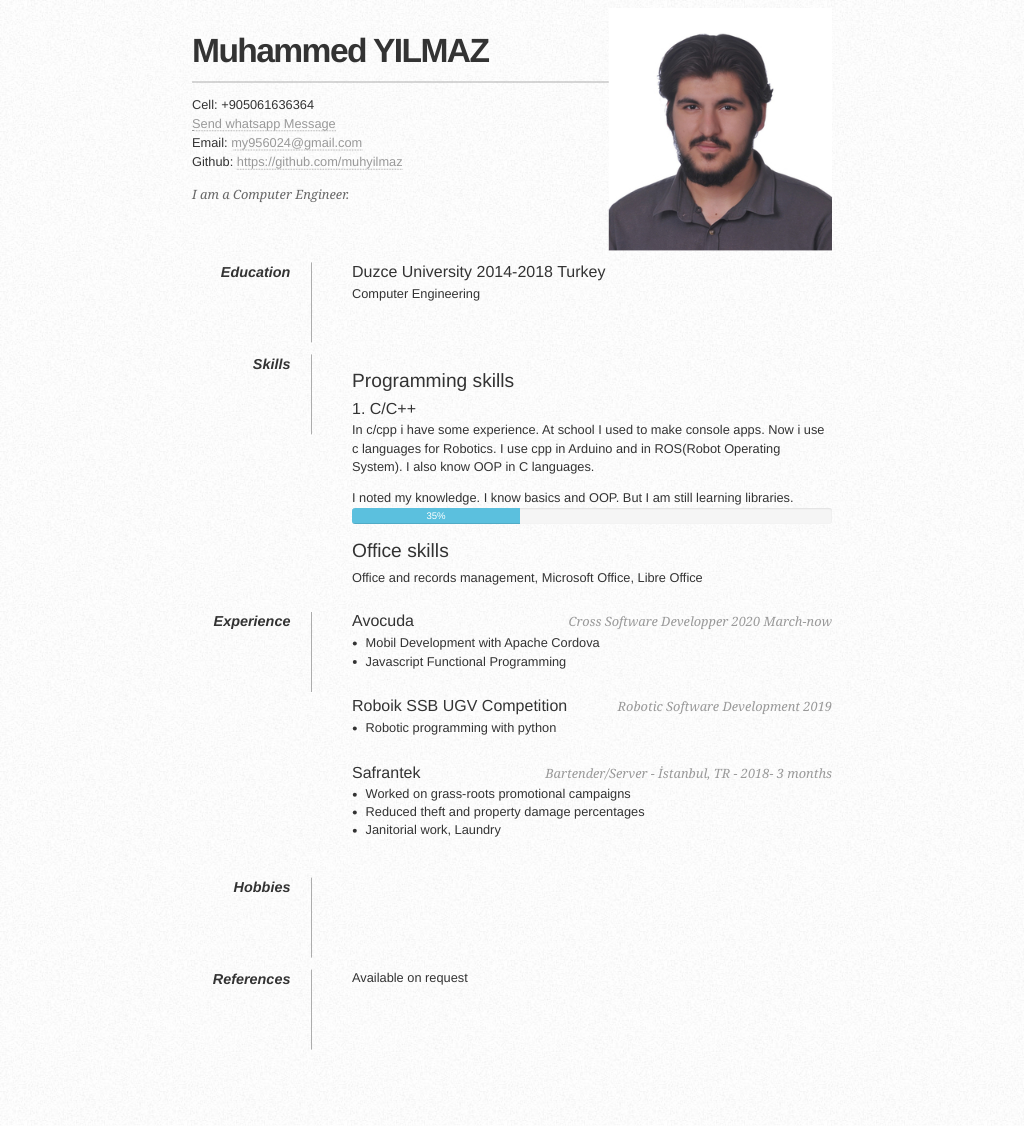
Repository: muhyilmaz/muhyilmaz.github.io
Page: index.html
An editor plug-in stored every save of this project. The page is shown before and after the next save, followed by the edit.
The browser window is 1280 px wide. The pictures show the whole page, at 80% of full size.

Above is the page before, as saved 2020-06-08 18:34:33.

### index.html
<!DOCTYPE html PUBLIC "-//W3C//DTD XHTML 1.0 Strict//EN"
"http://www.w3.org/TR/xhtml1/DTD/xhtml1-strict.dtd">

<html xmlns="http://www.w3.org/1999/xhtml" xml:lang="en" lang="en">

<head>

     <meta http-equiv="Content-Type" content="text/html; charset=utf-8"/>
     <meta name="viewport" content="width=device-width, initial-scale=1">
     <link rel="stylesheet" href="https://maxcdn.bootstrapcdn.com/bootstrap/3.4.1/css/bootstrap.min.css">
     <script src="https://ajax.googleapis.com/ajax/libs/jquery/3.5.1/jquery.min.js"></script>
     <script src="https://maxcdn.bootstrapcdn.com/bootstrap/3.4.1/js/bootstrap.min.js"></script>

     <title>MUHAMMED YILMAZ</title>

     <style type="text/css">
        * { margin: 0; padding: 0; }
        body { font: 16px Helvetica, Sans-Serif; line-height: 24px; background: url(images/noise.jpg); }
        .clear { clear: both; }
        #page-wrap { width: 800px; margin: 40px auto 60px; }
        #pic { float: right; margin: -30px 0 0 0; }
        h1 { margin: 0 0 16px 0; padding: 0 0 16px 0; font-size: 42px; font-weight: bold; letter-spacing: -2px; border-bottom: 1px solid #999; }
        h2 { font-size: 20px; margin: 0 0 6px 0; position: relative; }
        h2 span { position: absolute; bottom: 0; right: 0; font-style: italic; font-family: Georgia, Serif; font-size: 16px; color: #999; font-weight: normal; }
        p { margin: 0 0 16px 0; }
        a { color: #999; text-decoration: none; border-bottom: 1px dotted #999; }
        a:hover { border-bottom-style: solid; color: black; }
        ul { margin: 0 0 32px 17px; }
        #objective { width: 500px; float: left; }
        #objective p { font-family: Georgia, Serif; font-style: italic; color: #666; }
        dt { font-style: italic; font-weight: bold; font-size: 18px; text-align: right; padding: 0 26px 0 0; width: 150px; float: left; height: 100px; border-right: 1px solid #999;  }
        dd { width: 600px; float: right; }
        dd.clear { float: none; margin: 0; height: 15px; }
     </style>
</head>

<body>

    <div id="page-wrap">

        <img src="images/profileres.jpg" alt="Photo of Cthulu" id="pic" />

        <div id="contact-info" class="vcard">

            <!-- Microformats! -->

            <h1 class="fn">Muhammed YILMAZ</h1>

            <p>
                Cell: <span class="tel">+905061636364</span><br />
                <a href="https://api.whatsapp.com/send?phone=905061636364">Send whatsapp Message</a><br />
                Email: <a class="email" href="mailto:my956024@gmail.com">my956024@gmail.com</a><br />
                Github: <a href="https://github.com/muhyilmaz">https://github.com/muhyilmaz</a>
            </p>
        </div>

        <div id="objective">
            <p>
                I am a Computer Engineer.
            </p>
        </div>

        <div class="clear"></div>

        <dl>
            <dd class="clear"></dd>

            <dt>Education</dt>
            <dd>
                <h2>Duzce University 2014-2018 Turkey</h2>
                <p> Computer Engineering </br>

				</p>
            </dd>

            <dd class="clear"></dd>

            <dt>Skills</dt>
            <dd>
                <!---
				<h2>Office skills</h2>
                <p>Office and records management, database administration, event organization, customer support, travel coordination</p>

                <h2>Computer skills</h2>
                <p>Microsoft productivity software (Word, Excel, etc), Adobe Creative Suite, Windows</p>
				-->
				<h3>Programming skills</h3>
				<h2>1. C/C++</h2>
                <p>In c/cpp i have some experience. At school I used to make console apps. Now i use c languages for Robotics. I use cpp in Arduino and in ROS(Robot Operating System). I also know OOP in C languages. </p>
                I noted my knowledge. I know basics and OOP. But I am still learning libraries.
                <div class="progress">
                    <div class="progress-bar progress-bar-info" role="progressbar" aria-valuenow="60" aria-valuemin="0" aria-valuemax="100" style="width:35%">
                        35%
                    </div>
                  </div>
				<h3>Office skills</h3>
                <p>Office and records management, Microsoft Office, Libre Office</p>
			</dd>

            <dd class="clear"></dd>

            <dt>Experience</dt>
            <dd>
                <h2>Avocuda <span>Cross Software Developper 2020 March-now</span></h2>
                <ul>
                    <li> Mobil Development with Apache Cordova</li>
					<li> Javascript Functional Programming</li>

                </ul>
                <h2>Roboik SSB UGV Competition <span>Robotic Software Development 2019</span></h2>
                <ul>
                    <li>Robotic programming with python</li>

                </ul>
                <h2>Safrantek <span>Bartender/Server - İstanbul, TR - 2018- 3 months</span></h2>
                <ul>
                    <li>Worked on grass-roots promotional campaigns</li>
                    <li>Reduced theft and property damage percentages</li>
                    <li>Janitorial work, Laundry</li>
                </ul>
            </dd>

            <dd class="clear"></dd>

            <dt>Hobbies</dt>
            <dd></dd>

            <dd class="clear"></dd>

            <dt>References</dt>
            <dd>Available on request</dd>

            <dd class="clear"></dd>
        </dl>

        <div class="clear"></div>

    </div>

</body>

</html>

After the next save:
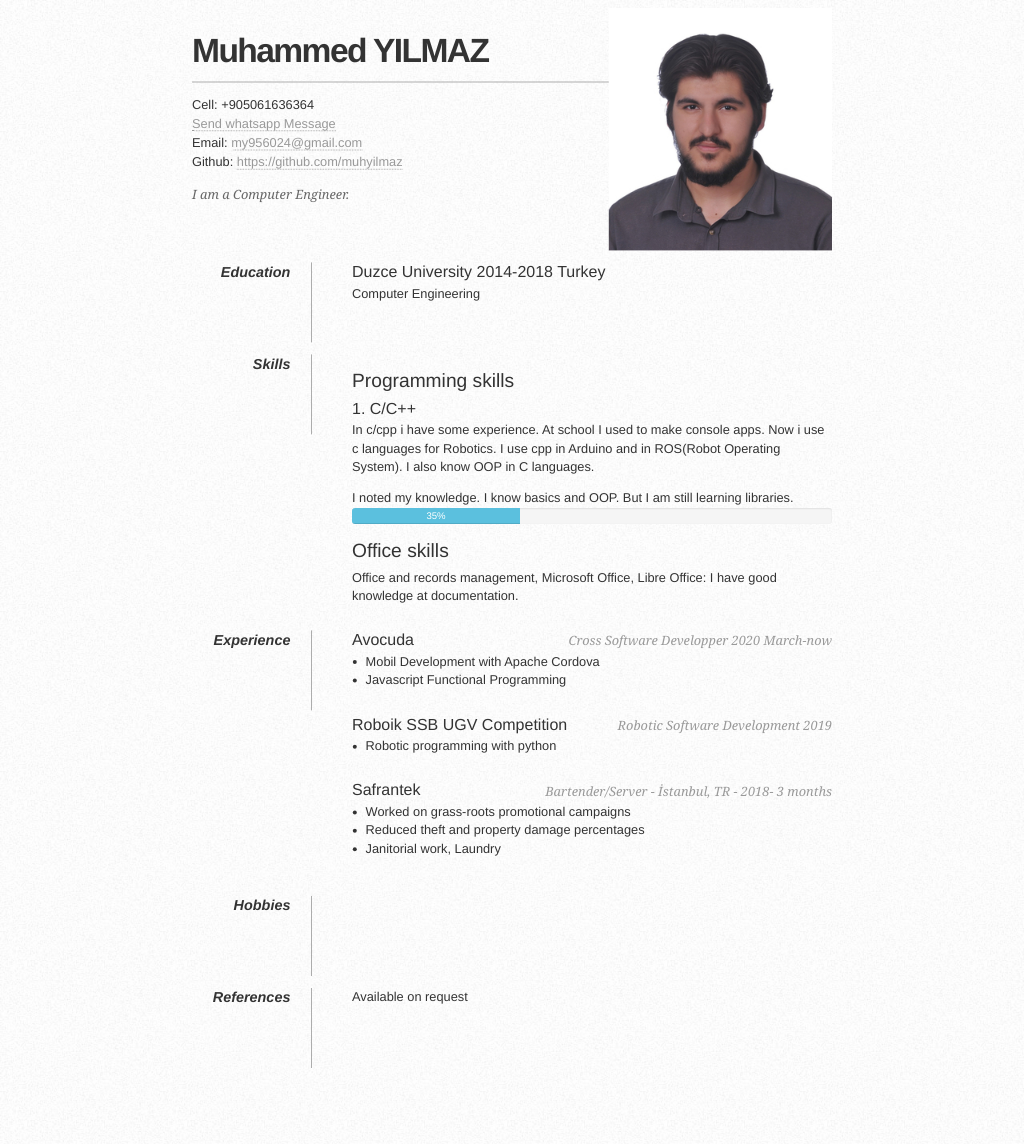
Saved 19 s later.
--- a/index.html
+++ b/index.html
@@ -94,7 +94,8 @@
                     </div>
                   </div>
 				<h3>Office skills</h3>
-                <p>Office and records management, Microsoft Office, Libre Office</p>
+                <p>Office and records management, Microsoft Office, Libre Office: I have good knowledge at documentation. </p>
+
 			</dd>
 
             <dd class="clear"></dd>
